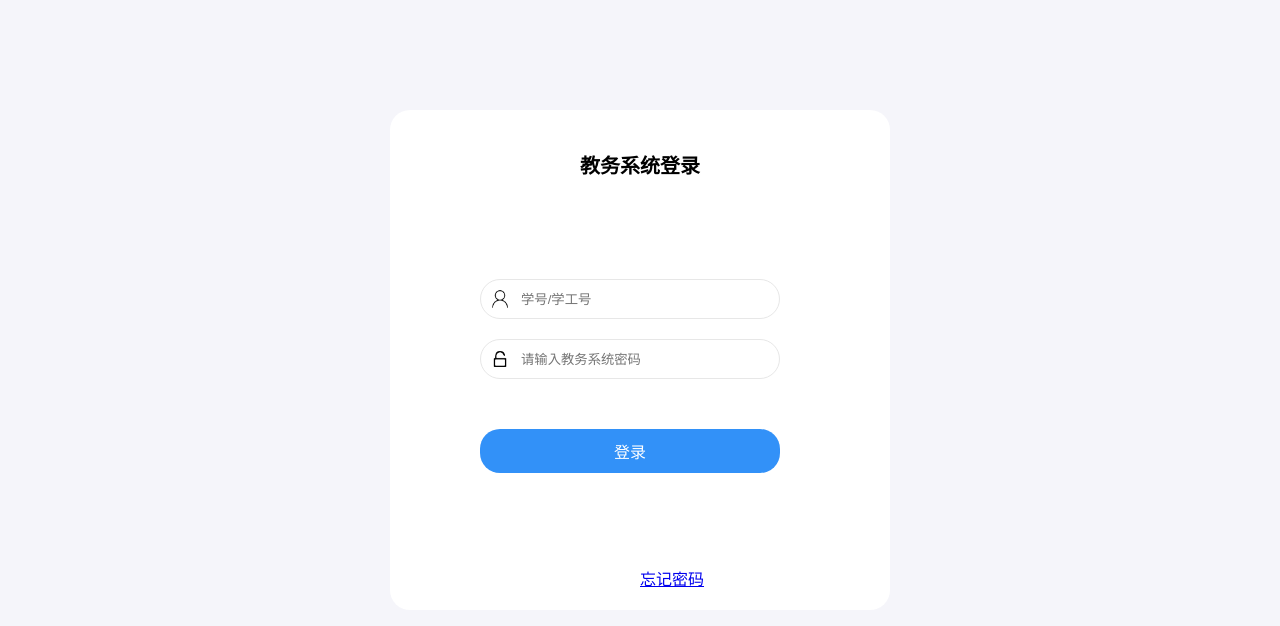
Repository: yangziteng/System
Page: / (app in myreact/)
These files come from the project's save history. The page is drawn as it stood at one moment and after the next save; the edit follows.
The browser window is 1280 px wide. The pictures show the whole page.
The project was rebuilt for these pictures with package versions that can differ from the ones it lists, and the page was loaded fresh each time. Also part of the build but not shown: myreact/vite.config.js, myreact/src/App.css, myreact/src/App.jsx, myreact/src/log.jsx.

Above is the page before, as saved 2022-07-08 15:02:37.

### myreact/src/main.jsx
import React from 'react'
import ReactDOM from 'react-dom/client'
import App from './App'
import LOG from './log'
import './index.css'
import Login from "./pages/Login/Login"
const p = {name:"杨",age:12}
ReactDOM.createRoot(document.getElementById('root')).render(
  <React.StrictMode>
    {/* //解构赋值 语法 */}

    <Login/>


  </React.StrictMode>
)

### myreact/src/pages/Login/Login.jsx
import { useState } from 'react'
import { Component } from 'react'
import "./Login.css"
import img2 from "./images/p.png"
import img from "./images/a.png" //引入图片
class Login extends Component {
    constructor() {
        super()
    }
    render() {
        return (
            <div className='bgc'>
                <div className='model'>
                    <div className='model-head'>教务系统登录</div>
                    <div className='model-body'>
                        <div className='username'>
                            <input type="text" placeholder='学号/学工号' className='model-body-input' >
                            </input>
                            <img className='img' src={img} alt="" />
                        </div>
                        <div className='pwd'>
                            <input type="password" placeholder='请输入教务系统密码' className='model-body-input' >
                            </input>
                            <img className='img' src={img2} alt="" />
                        </div>
                        <div className='model-end'>
                            登录
                        </div>
                    </div>
                        <a className='end' href="https://jwxt.gdupt.edu.cn/index.jsp">忘记密码</a>
                </div>
            </div>
        )
    }
}
export default Login

### myreact/src/pages/Login/Login.css

.bgc{
    background-color: rgba(245,245,250);
    width: 100vw;
    height: 100vh;
    display:flex;
    align-items: center;
}
.model{
    width: 500px;
    height: 500px;
    background-color: white;
    border-radius: 20px;
    margin:0 auto;
    position: relative;
}
.model-head{
    text-align: center;
    margin-top:40px;
    font-size: 20px;
    font-weight: 800;
}
.model-body{

    margin-top:100px;

}
.username{
    display: flex;
    justify-content: center;
    align-items: center;
    position: relative;

}
.pwd{
    display: flex;
    justify-content: center;
    align-items: center;
    position: relative;
    margin-top:20px
}
.model-body-input{
    width: 300px;
    height: 40px;
    outline: none;
    border-radius: 20px;
    padding-left:40px ;
    box-sizing: border-box;
    border:1px solid #e7e7e7
}

.img{
    width: 20px;
    height: 20px;
    position: relative;
    right: 290px;
    /* right:290px */
}
.model-end{
    width: 300px;
    background-color: rgba(50,145,248);
    /* letter-spacing: 40px; */
    border-radius: 20px;
    padding: 10px 0px;
    text-align: center;
    color:white;
    margin:0 auto;
    position: relative;
    right:10px;
    margin-top:50px;
}
.end{
    position: absolute;
    bottom: 20px;
    left:50%
}

Loaded but not shown: myreact/index.html (common file); myreact/src/index.css (common file)

After the next save:
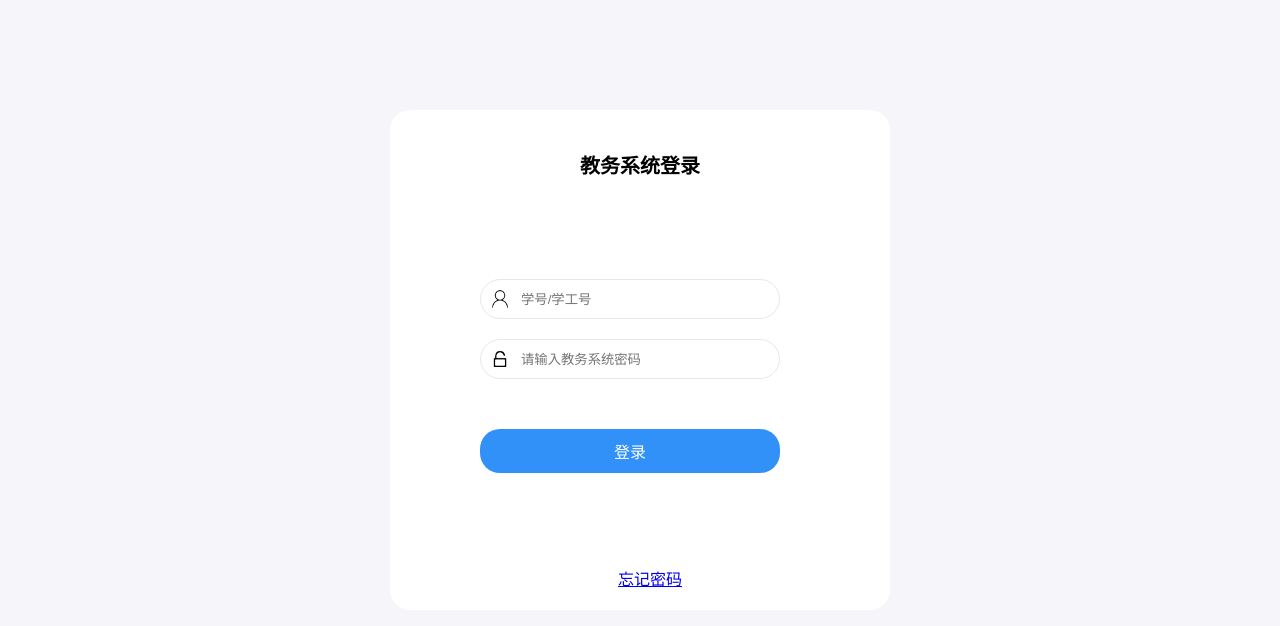
Saved 17 s later.
--- a/myreact/src/pages/Login/Login.css
+++ b/myreact/src/pages/Login/Login.css
@@ -72,5 +72,6 @@
 .end{
     position: absolute;
     bottom: 20px;
-    left:50%
+    left:50%;
+    margin-left:-22px
 }
